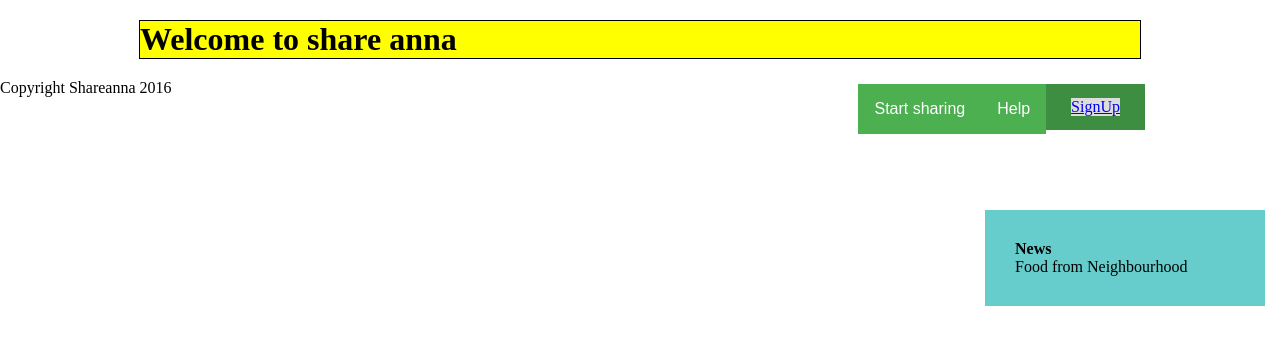
Repository: navigator007/shareanna
Page: practiceSpringMVC_1/src/main/webapp/home.html
The author's editor kept a copy of each file at every save. The page is drawn from the files as they stood at one save, then again after the next save.
The browser window is 1280 px wide. The pictures show the whole page.

Above is the page before, as saved 2016-08-20 23:36:14.

After the next save:
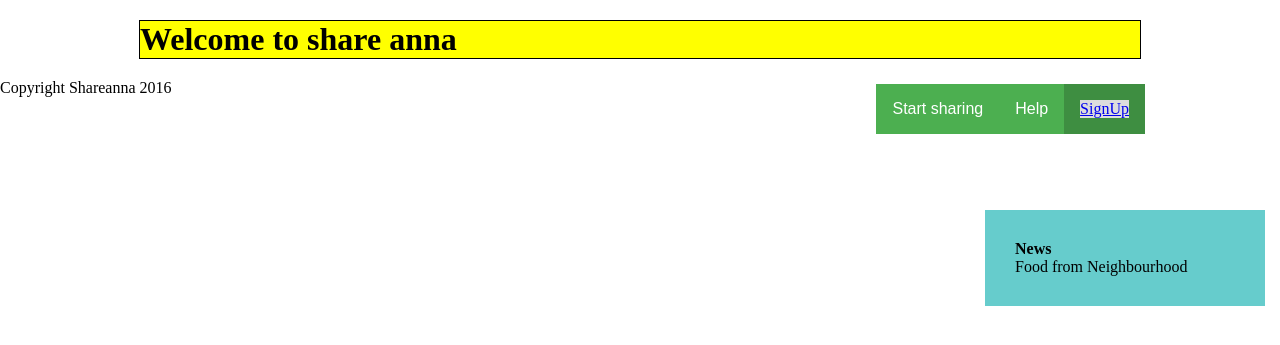
Saved 75 s later.
--- a/practiceSpringMVC_1/src/main/webapp/css/home.css
+++ b/practiceSpringMVC_1/src/main/webapp/css/home.css
@@ -79,9 +79,12 @@ body{
 	background-color: #dddddd;
 }
 .dropdown_custom{
+	color: white;
+    padding: 16px;
+    font-size: 16px;
+    border: none;
+    cursor: pointer;
 	background-color: #3e8e41;
-    color: white;
-    padding: 14px 25px;
     text-align: center;
     text-decoration: none;
     display: inline-block;
